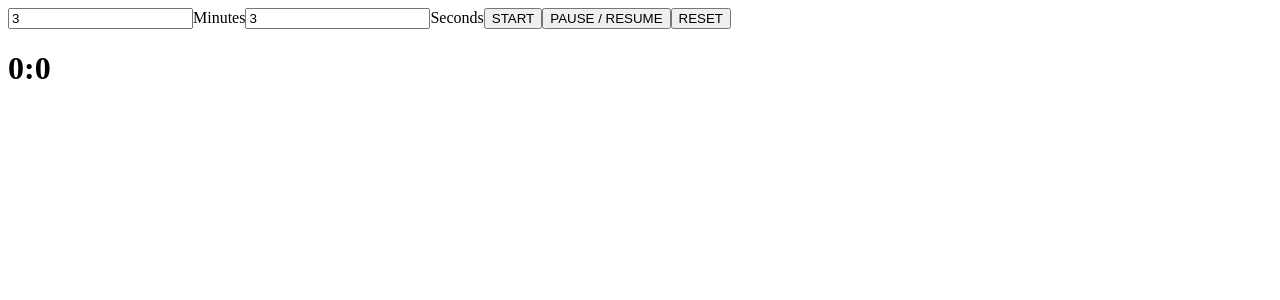
Repository: mariocapitbrok/set-interval-js-timer
Page: /
The author's editor kept a copy of each file at every save. The page is drawn from the files as they stood at one save, then again after the next save.
The browser window is 1280 px wide. The pictures show the whole page.
The project was rebuilt for these pictures with package versions that can differ from the ones it lists, and the page was loaded fresh each time.

Above is the page before, as saved 2022-07-19 20:57:33.

After the next save:
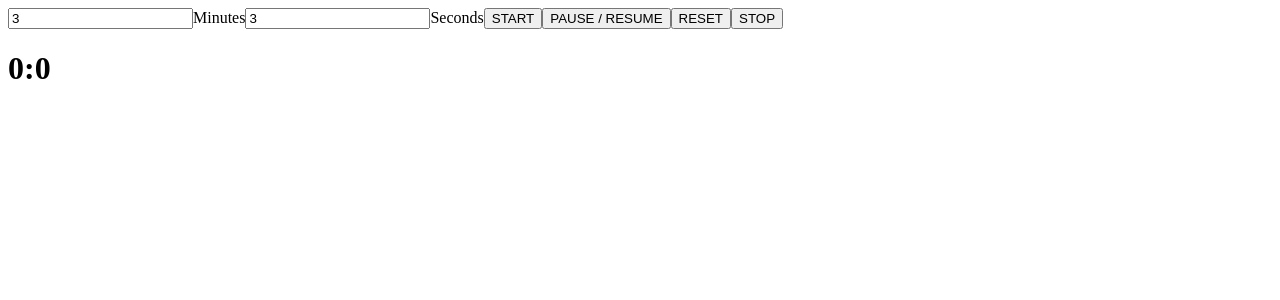
Saved 65 s later.
--- a/src/components/solution.jsx
+++ b/src/components/solution.jsx
@@ -26,7 +26,9 @@ function Solution() {
     setSeconds(configTimer.seconds)
   }
 
-  const stopTimer = () => {}
+  const stopTimer = () => {
+    clearInterval(timer)
+  }
 
   console.log(timer)
 
@@ -56,6 +58,7 @@ function Solution() {
       <button onClick={startTimer}>START</button>
       <button onClick={pauseTimer}>PAUSE / RESUME</button>
       <button onClick={resetTimer}>RESET</button>
+      <button onClick={stopTimer}>STOP</button>
 
       <h1 data-testid="running-clock">{`${minutes}:${seconds}`}</h1>
     </Fragment>
